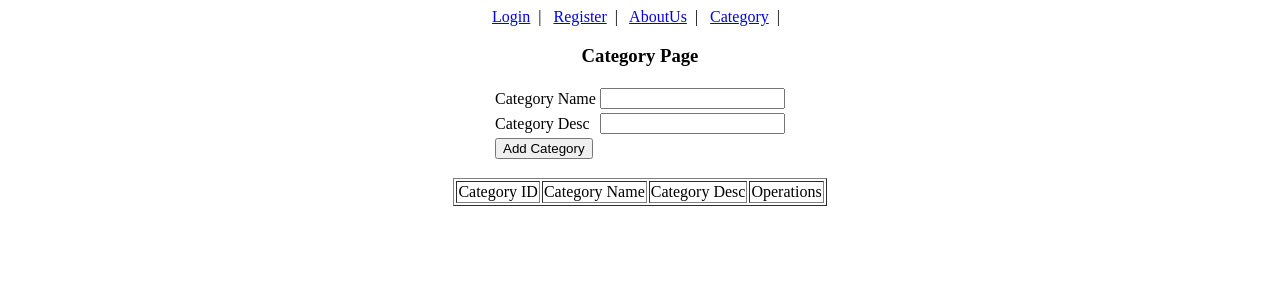
Repository: ramizkhan037/Java-Project
Page: http://localhost/Frontend/WEB-INF/views/Category.jsp
The author's editor kept a copy of each file at every save. The page is drawn from the files as they stood at one save, then again after the next save.
The browser window is 1280 px wide. The pictures show the whole page.
The page is served by Tomcat 9. Nobody is signed in. The template is opened directly, without the code that normally fills it, so the values that code supplies are empty.

Above is the page before, as saved 2018-11-28 08:59:36.

After the next save:
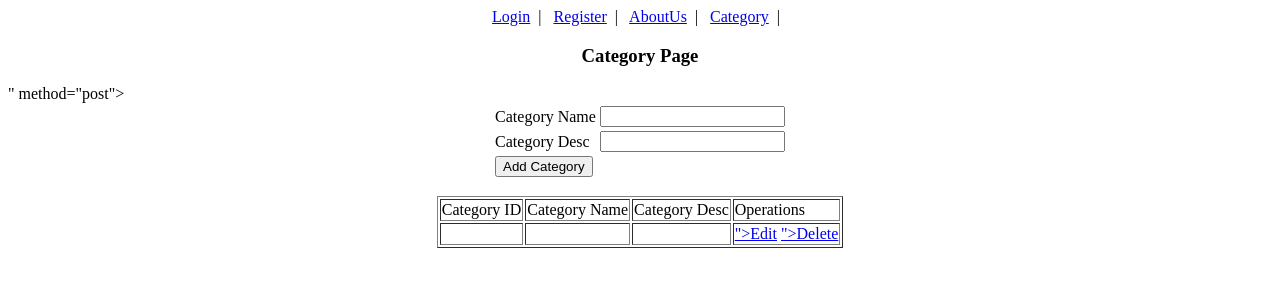
Saved 2 min 59 s later.
--- a/Frontend/src/main/webapp/WEB-INF/views/Category.jsp
+++ b/Frontend/src/main/webapp/WEB-INF/views/Category.jsp
@@ -1,5 +1,5 @@
 <%@include file="Header.jsp" %>
-<%@taglib uri="http://java.sun.com/jsp/jstl/core" prefix="c" %>
+
 
 
 
